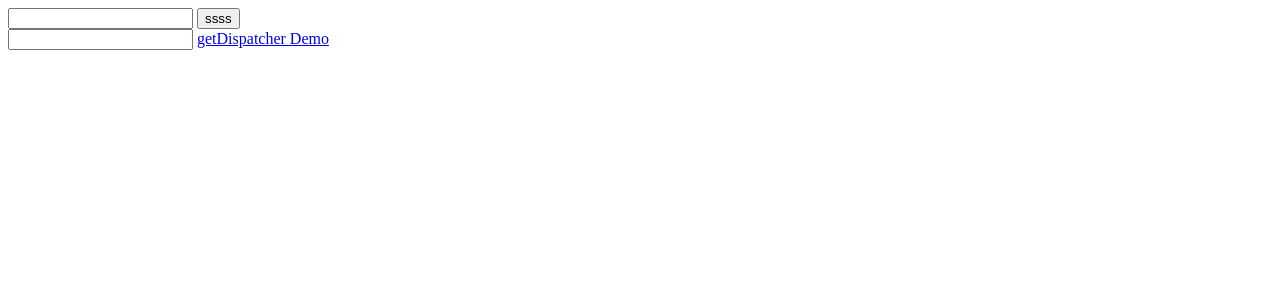
Repository: sreedhark-paycorp/servletcrudoperation
Page: servlet-trails/src/main/webapp/index.html
The author's editor kept a copy of each file at every save. The page is drawn from the files as they stood at one save, then again after the next save.
The browser window is 1280 px wide. The pictures show the whole page.

Above is the page before, as saved 2024-03-23 13:47:33.

### servlet-trails/src/main/webapp/index.html
<!DOCTYPE html>
<html>
<head>
<meta charset="UTF-8">
<title>Insert title here</title>
</head>
<body>
<form action="first">
<input type = "text" name="param" >
<button>ssss</button>
</form>
<input type = "text" name="param" >
<a href="first">getDispatcher Demo</a>
</body>
</html>

After the next save:
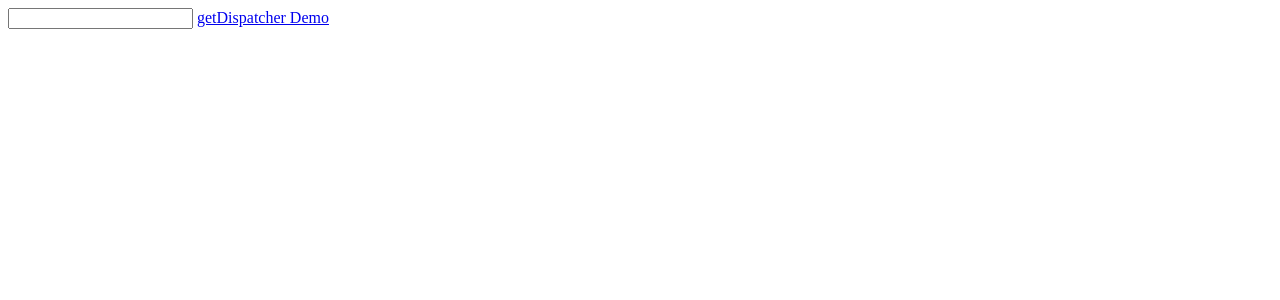
Saved 42 s later.
--- a/servlet-trails/src/main/webapp/index.html
+++ b/servlet-trails/src/main/webapp/index.html
@@ -5,10 +5,7 @@
 <title>Insert title here</title>
 </head>
 <body>
-<form action="first">
-<input type = "text" name="param" >
-<button>ssss</button>
-</form>
+
 <input type = "text" name="param" >
 <a href="first">getDispatcher Demo</a>
 </body>
